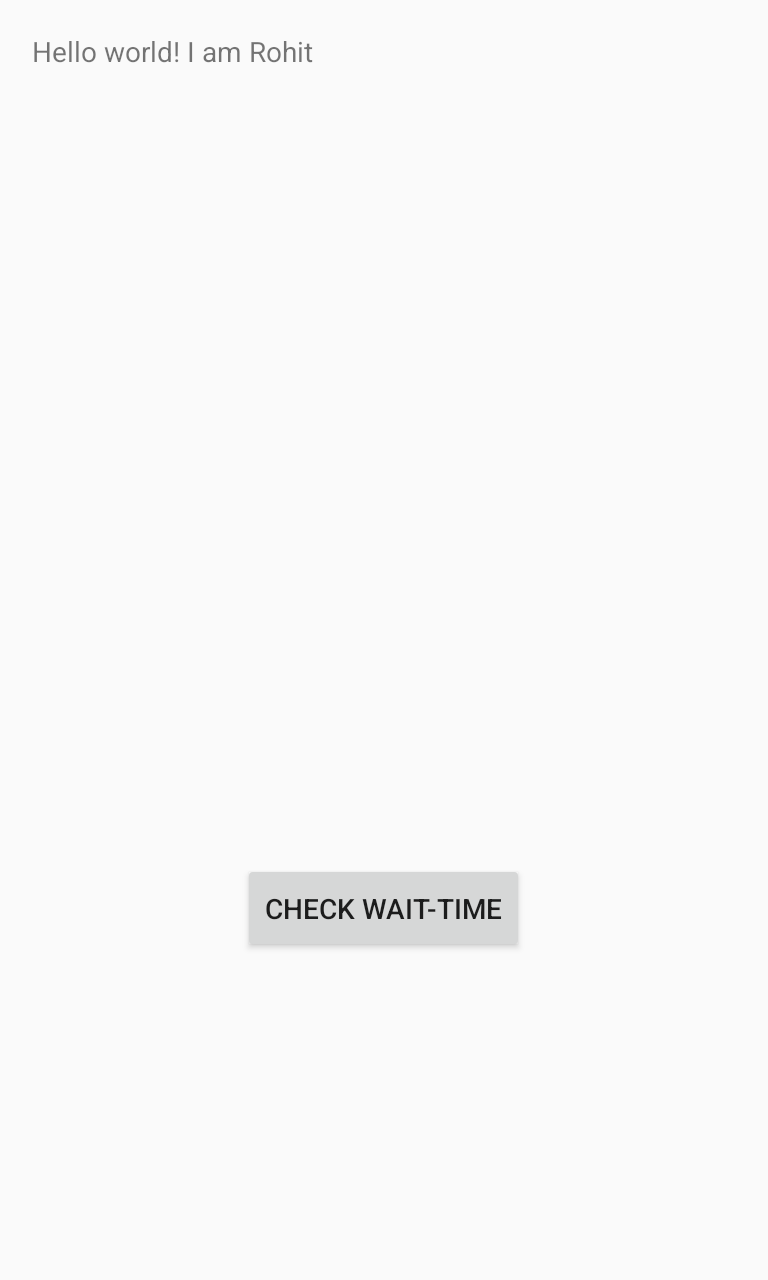
Repository: manasvikaranam/Wait-time-estimation-on-smartphone
Layout: Wait'N'Watch/res/layout/activity_main.xml
These files come from the project's save history. The layout is drawn as it stood at one moment and after the next save; the edit follows.
It is drawn on a 768 x 1280 px phone screen (xhdpi) without system bars, with theme AppTheme; the app's code is not run.

Above is the layout before, as saved 2015-02-27 07:17:02.

After the next save:
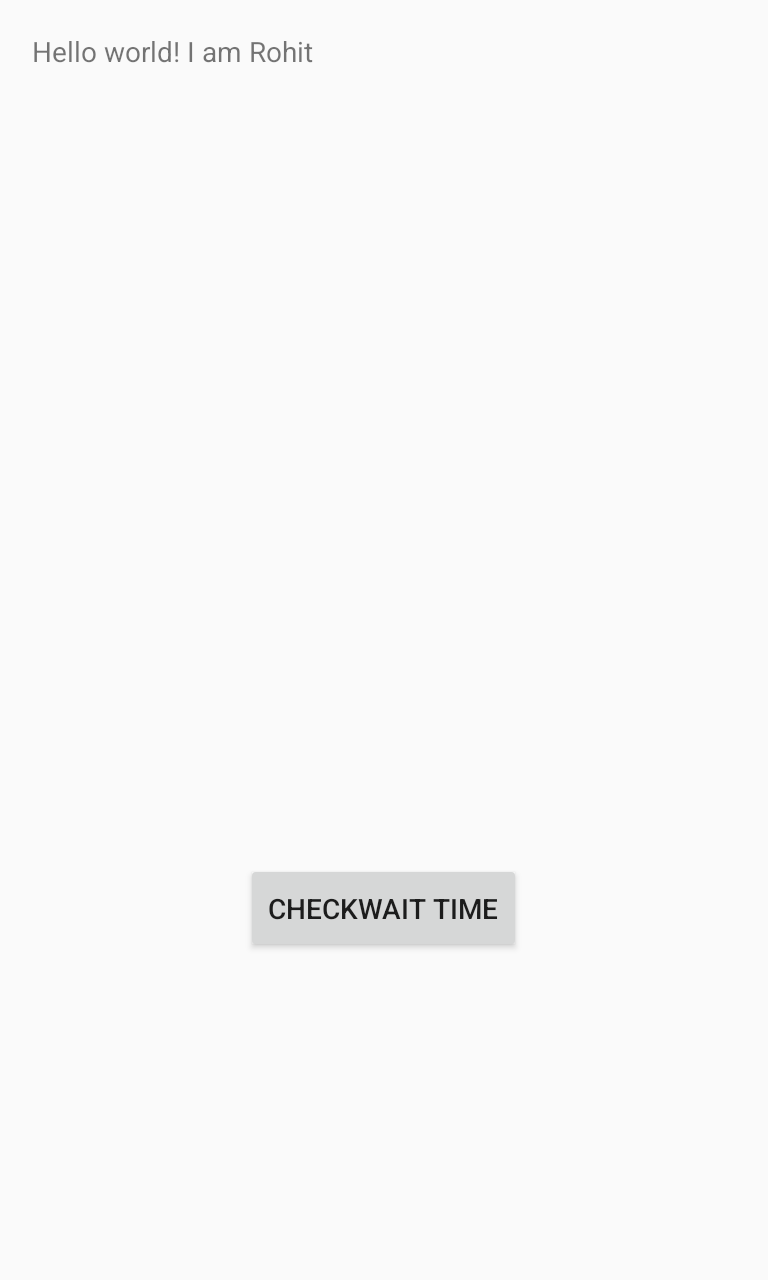
Saved 14 s later.
--- a/Wait'N'Watch/res/layout/activity_main.xml
+++ b/Wait'N'Watch/res/layout/activity_main.xml
@@ -21,6 +21,6 @@
         android:layout_alignParentBottom="true"
         android:layout_centerHorizontal="true"
         android:layout_marginBottom="146dp"
-        android:text="@string/checkWaitTime" />
+        android:text="checkWait time" />
 
 </RelativeLayout>

After the save that followed:
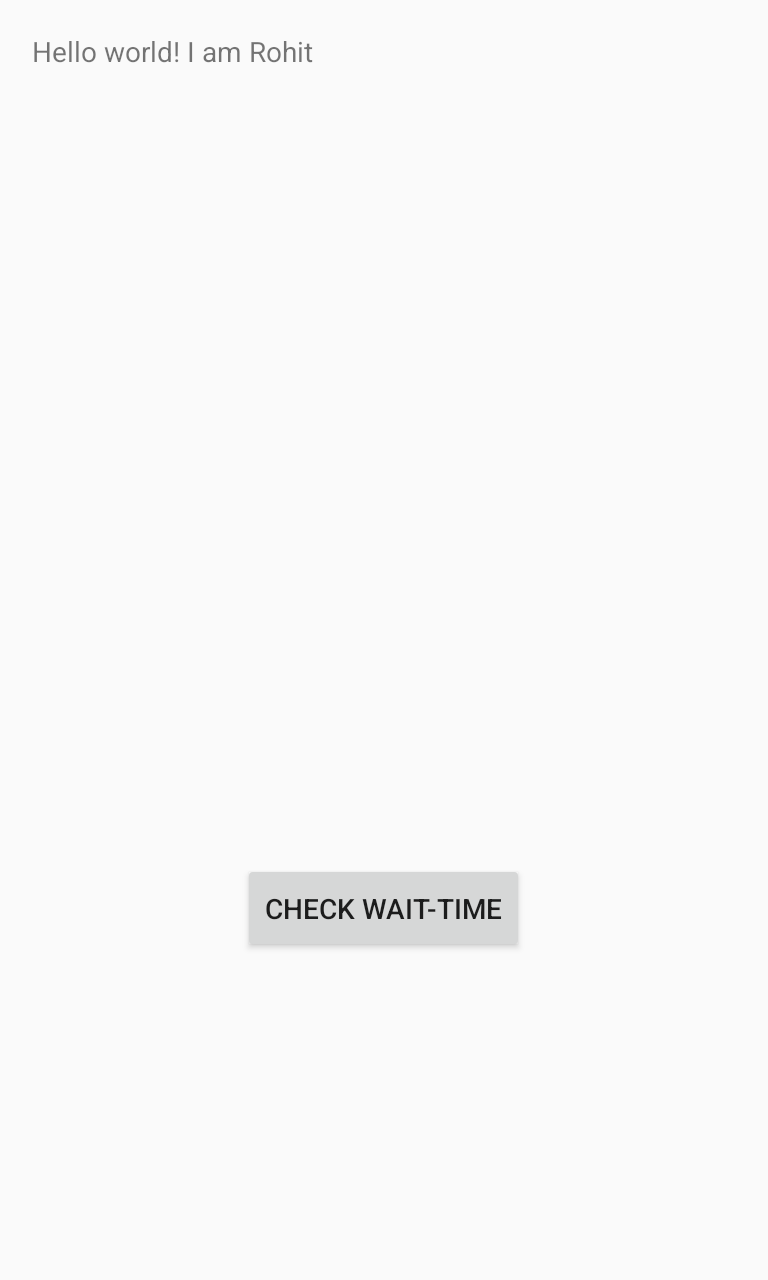
Saved 17 s later.
--- a/Wait'N'Watch/res/layout/activity_main.xml
+++ b/Wait'N'Watch/res/layout/activity_main.xml
@@ -21,6 +21,6 @@
         android:layout_alignParentBottom="true"
         android:layout_centerHorizontal="true"
         android:layout_marginBottom="146dp"
-        android:text="checkWait time" />
+        android:text="@string/checkWaitTime" />
 
 </RelativeLayout>
